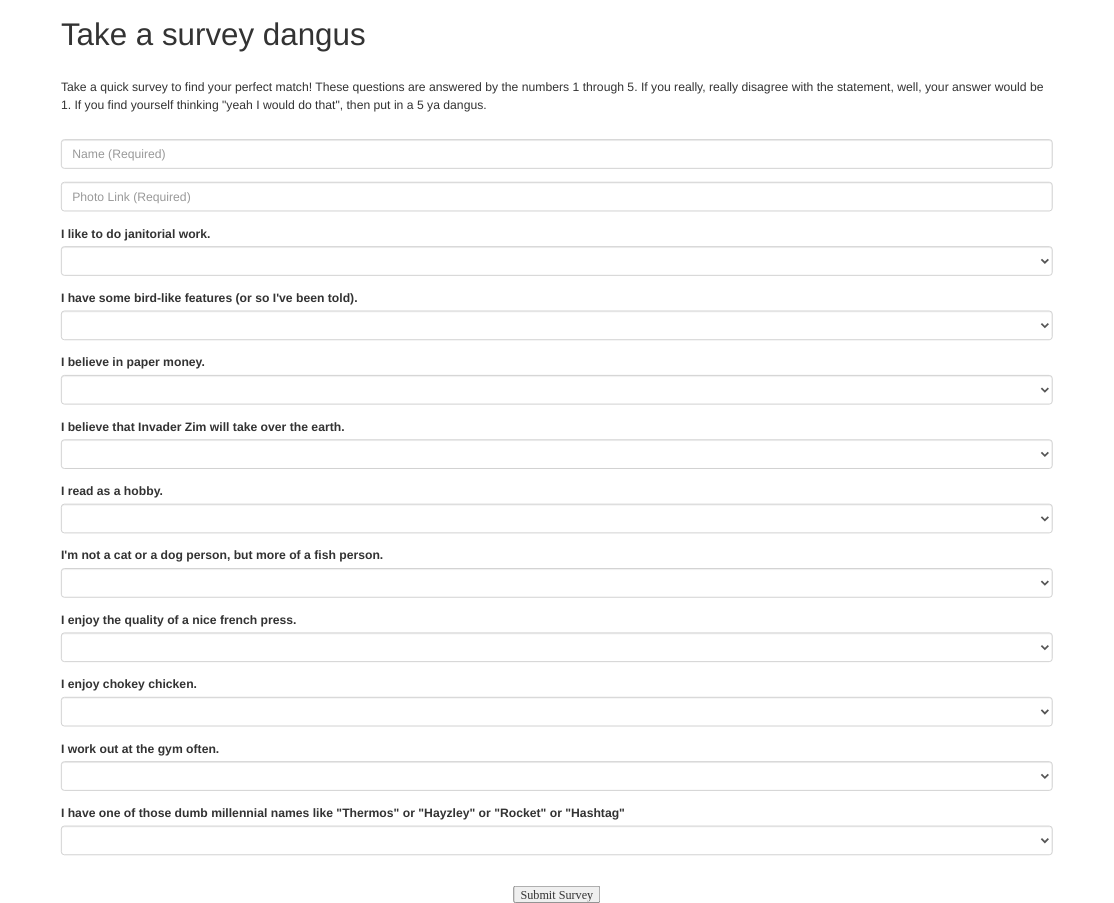
Repository: kcummings1/Mate-Matcher
Page: public/survey.html
The author's editor kept a copy of each file at every save. The page is drawn from the files as they stood at one save, then again after the next save.
The browser window is 1280 px wide. The pictures show the whole page, at 87% of full size.
Some web libraries are served in a nearby version.

Above is the page before, as saved 2019-10-05 12:45:29.

### public/survey.html
<!DOCTYPE html>
<html>

<head>
    <title>Friend Finder | Survey</title>
    <!--===================\\BootStrap//===================-->
    <link rel="stylesheet" href="https://maxcdn.bootstrapcdn.com/bootstrap/3.3.7/css/bootstrap.min.css">
    <link rel="stylesheet" href="https://maxcdn.bootstrapcdn.com/font-awesome/4.7.0/css/font-awesome.min.css">
</head>
<body>

    <div class="container">

        <h1>Take a survey dangus</h1> <br>
        <p>Take a quick survey to find your perfect match! These questions are answered by the numbers 1 through 5. If
            you really, really disagree with the statement, well, your answer would be 1. If you find yourself thinking
            "yeah I would do that", then put in a 5 ya dangus.</p> <br>

        <form>
            <div class="form-group">
                <input id="name" type="text" class="form-control" placeholder="Name (Required)">
            </div>
            <div class="form-group">
                <input id="photo" type="text" class="form-control" placeholder="Photo Link (Required)">
            </div>


            <div class="form-group">
                <label for="q1">I like to do janitorial work.</label>
                <select class="form-control" id="q1">
                    <option value="empty"></option>
                    <option value="1">1 (I Do not like that at all!!)</option>
                    <option value="2">2</option>
                    <option value="3">3 (Meh)</option>
                    <option value="4">4</option>
                    <option value="5">5 (I do like that A lot!!)</option>
                </select>
            </div>
            <div class="form-group">
                <label for="q2">I have some bird-like features (or so I've been told).</label>
                <select class="form-control" id="q2">
                    <option value="empty"></option>
                    <option value="1">1 (I Do not like that at all!!)</option>
                    <option value="2">2</option>
                    <option value="3">3 (Meh)</option>
                    <option value="4">4</option>
                    <option value="5">5 (I do like that A lot!!)</option>
                </select>
            </div>
            <div class="form-group">
                <label for="q3">I believe in paper money.</label>
                <select class="form-control" id="q3">
                    <option value="empty"></option>
                    <option value="1">1 (I Do not like that at all!!)</option>
                    <option value="2">2</option>
                    <option value="3">3 (Meh)</option>
                    <option value="4">4</option>
                    <option value="5">5 (I do like that A lot!!)</option>
                </select>
            </div>
            <div class="form-group">
                <label for="q4">I believe that Invader Zim will take over the earth.</label>
                <select class="form-control" id="q4">
                    <option value="empty"></option>
                    <option value="1">1 (I Do not like that at all!!)</option>
                    <option value="2">2</option>
                    <option value="3">3 (Meh)</option>
                    <option value="4">4</option>
                    <option value="5">5 (I do like that A lot!!)</option>
                </select>
            </div>
            <div class="form-group">
                <label for="q5">I read as a hobby.</label>
                <select class="form-control" id="q5">
                    <option value="empty"></option>
                    <option value="1">1 (I Do not like that at all!!)</option>
                    <option value="2">2</option>
                    <option value="3">3 (Meh)</option>
                    <option value="4">4</option>
                    <option value="5">5 (I do like that A lot!!)</option>
                </select>
            </div>
            <div class="form-group">
                <label for="q6">I'm not a cat or a dog person, but more of a fish person.</label>
                <select class="form-control" id="q6">
                    <option value="empty"></option>
                    <option value="1">1 (I Do not like that at all!!)</option>
                    <option value="2">2</option>
                    <option value="3">3 (Meh)</option>
                    <option value="4">4</option>
                    <option value="5">5 (I do like that A lot!!)</option>
                </select>
            </div>
            <div class="form-group">
                <label for="q7">I enjoy the quality of a nice french press.</label>
                <select class="form-control" id="q7">
                    <option value="empty"></option>
                    <option value="1">1 (I Do not like that at all!!)</option>
                    <option value="2">2</option>
                    <option value="3">3 (Meh)</option>
                    <option value="4">4</option>
                    <option value="5">5 (I do like that A lot!!)</option>
                </select>
            </div>
            <div class="form-group">
                <label for="q8">I enjoy chokey chicken.</label>
                <select class="form-control" id="q8">
                    <option value="empty"></option>
                    <option value="1">1 (I Do not like that at all!!)</option>
                    <option value="2">2</option>
                    <option value="3">3 (Meh)</option>
                    <option value="4">4</option>
                    <option value="5">5 (I do like that A lot!!)</option>
                </select>
            </div>
            <div class="form-group">
                <label for="q9">I work out at the gym often.</label>
                <select class="form-control" id="q9">
                    <option value="empty"></option>
                    <option value="1">1 (I Do not like that at all!!)</option>
                    <option value="2">2</option>
                    <option value="3">3 (Meh)</option>
                    <option value="4">4</option>
                    <option value="5">5 (I do like that A lot!!)</option>
                </select>
            </div>
            <div class="form-group">
                <label for="q10">I have one of those dumb millennial names like "Thermos" or "Hayzley" or
                    "Rocket" or "Hashtag"</label>
                <select class="form-control" id="q10">
                    <option value="empty"></option>
                    <option value="1">1 (I Do not like that at all!!)</option>
                    <option value="2">2</option>
                    <option value="3">3 (Meh)</option>
                    <option value="4">4</option>
                    <option value="5">5 (I do like that A lot!!)</option>
                </select>
            </div>
        </form>


        <div class="text-center"><br>
            <input type="submit" class="fa fa-pencil survey-button" value="Submit Survey" id="submit">
        </div>

        <!-- Modal after survey completion -->
        <div id="bestFriendModal" class="modal fade" role="dialog">
            <div class="modal-dialog">
                <div class="modal-content">
                    <div class="modal-header">

                        <h3 class="modal-title">Your New Best Friend</h1>
                    </div>
                    <div class="modal-body">
                        <h2 id="bestFriend"></h2>

                    </div>
                    <div class="modal-footer">
                        <!-- <img id="bestFriendPhoto" src="#"> <button type="button" class="btn btn-default" data-dismiss="modal">Close</button> -->
                    </div>
                </div>
            </div>
        </div>
    </div>



    <script src="https://code.jquery.com/jquery-3.2.1.min.js"
        integrity="sha256-hwg4gsxgFZhOsEEamdOYGBf13FyQuiTwlAQgxVSNgt4=" crossorigin="anonymous"></script>
    <script src="https://maxcdn.bootstrapcdn.com/bootstrap/3.3.7/js/bootstrap.min.js"></script>
</body>

</html>

<script type="text/javascript">

    $("#submitBtn").on("click", function (event) {
        event.preventDefault();
        // Form validation
        var valid = true;
        if ($("#name").val() === "" ||
            $("#photo").val() === "") {
            valid = false;
        } else if ($("#question1").val() === "empty" ||
            $("#question2").val() === "empty" ||
            $("#question3").val() === "empty" ||
            $("#question4").val() === "empty" ||
            $("#question5").val() === "empty" ||
            $("#question6").val() === "empty" ||
            $("#question7").val() === "empty" ||
            $("#question8").val() === "empty" ||
            $("#question9").val() === "empty" ||
            $("#question10").val() === "empty") {
            valid = false;
        }
        if (valid === true) {
            var newUser = {
                name: $("#name").val().trim(),
                photo: $("#photo").val().trim(),
                scores: [
                    $("#question1").val(),
                    $("#question2").val(),
                    $("#question3").val(),
                    $("#question4").val(),
                    $("#question5").val(),
                    $("#question6").val(),
                    $("#question7").val(),
                    $("#question8").val(),
                    $("#question9").val(),
                    $("#question10").val()
                ]
            };
            var currentURL = window.location.origin;
            // Ajax call for receiving response after POST req
            $.post(currentURL + "/api/friends", newUser, function (data) {
                $("#bestFriend").text(data.name);
                $("#bestFriendPhoto").attr("src", data.photo);
                $("#bestFriendModal").modal("toggle");
            });
        } else {
            // If a required field is missing, show alert
            alert("Survey is incomplete!");
        }
    });
</script>

After the next save:
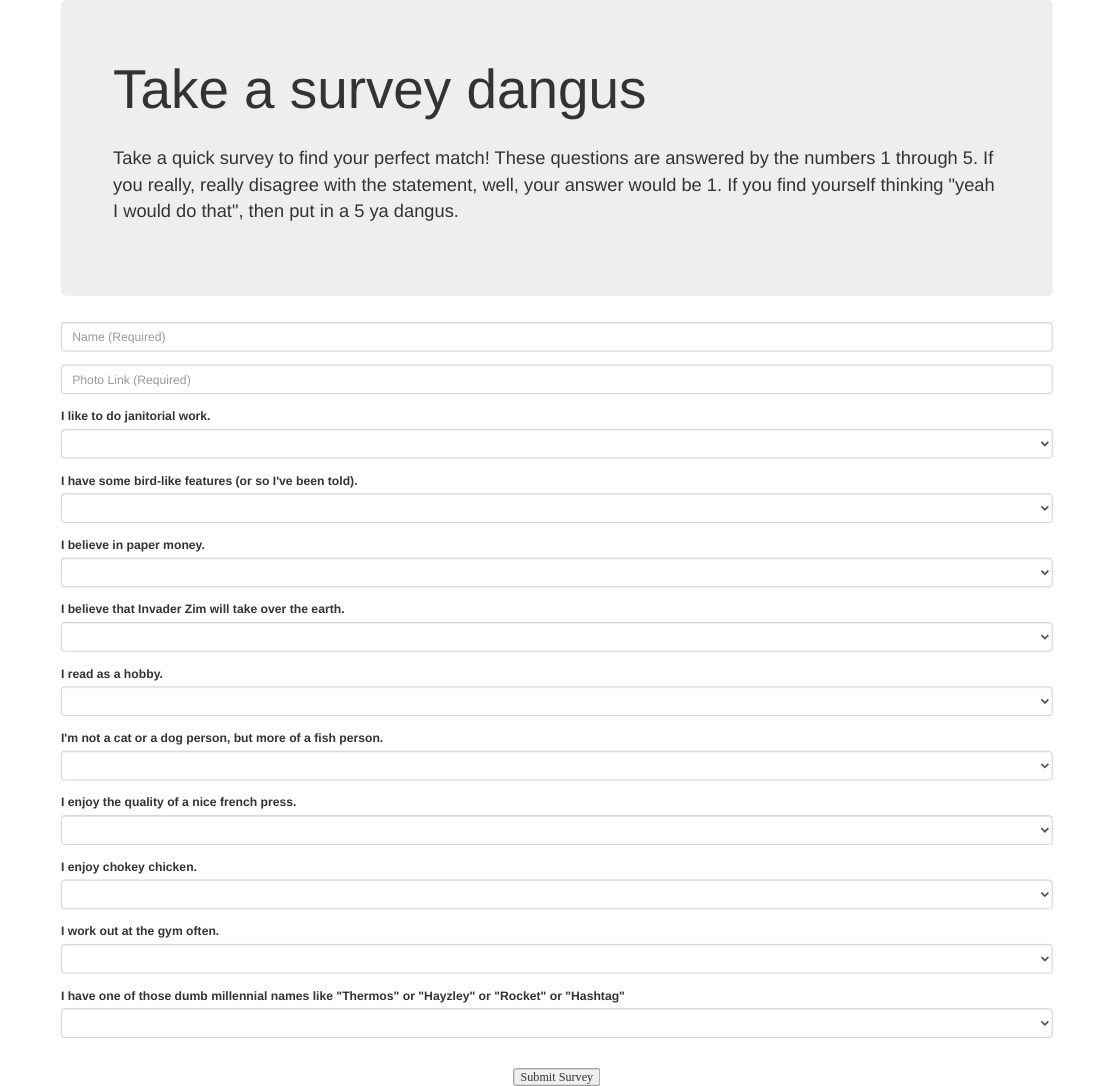
Saved 2 min 16 s later.
--- a/public/survey.html
+++ b/public/survey.html
@@ -10,12 +10,12 @@
 <body>
 
     <div class="container">
-
+        <div class="jumbotron">
         <h1>Take a survey dangus</h1> <br>
         <p>Take a quick survey to find your perfect match! These questions are answered by the numbers 1 through 5. If
             you really, really disagree with the statement, well, your answer would be 1. If you find yourself thinking
             "yeah I would do that", then put in a 5 ya dangus.</p> <br>
-
+            </div>
         <form>
             <div class="form-group">
                 <input id="name" type="text" class="form-control" placeholder="Name (Required)">
